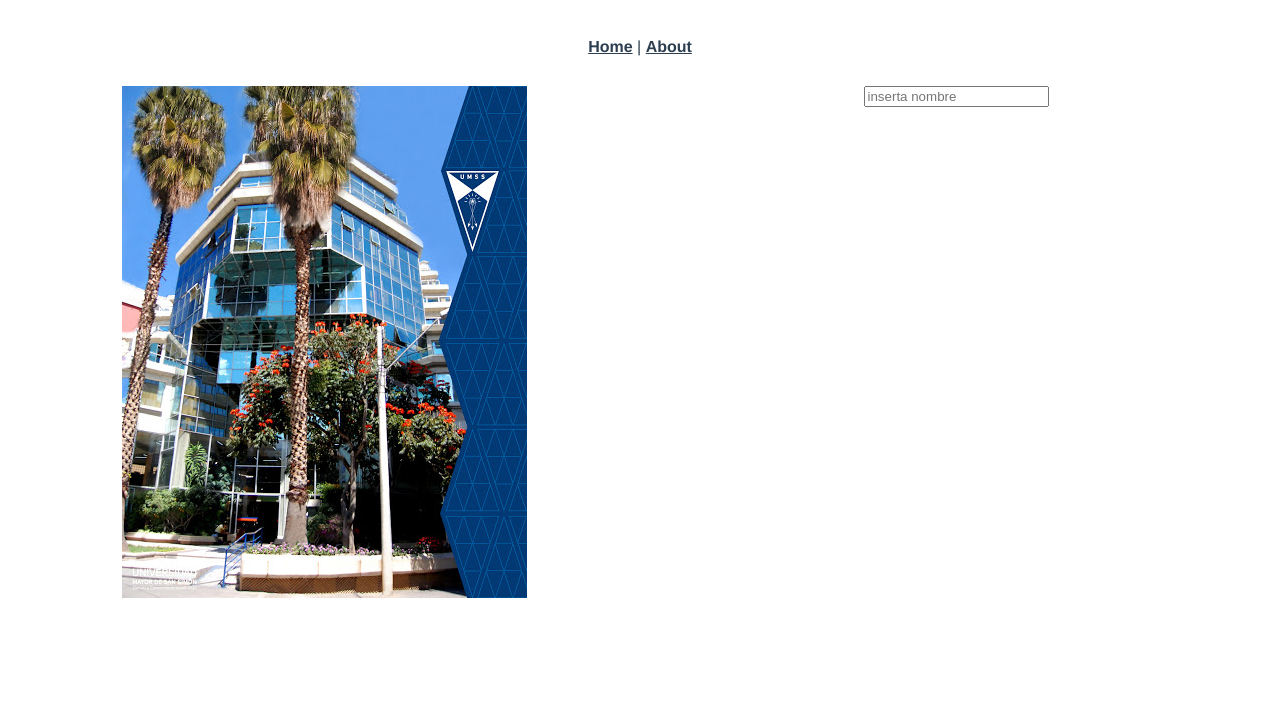
Repository: BritanyTorrico/front-cotizaciones
Page: /register
An editor plug-in stored every save of this project. The page is shown before and after the next save, followed by the edit.
The browser window is 1280 px wide. The pictures show the whole page.
The project was rebuilt for these pictures with package versions that can differ from the ones it lists, and the page was loaded fresh each time. Also part of the build but not shown: vue.config.js, src/components/HelloWorld.vue, src/views/Home.vue.

Above is the page before, as saved 2021-04-21 16:40:55.

### src/router/index.js
import Vue from "vue";
import VueRouter from "vue-router";
import Home from "../views/Home.vue";

Vue.use(VueRouter);

const routes = [{
        path: "/",
        name: "Home",
        component: Home,
    },
    {
        path: "/about",
        name: "About",
        // route level code-splitting
        // this generates a separate chunk (about.[hash].js) for this route
        // which is lazy-loaded when the route is visited.
        component: () =>
            import ( /* webpackChunkName: "about" */ "../views/About.vue"),
    },
    {
        path: "/register",
        name: "RegisterUserPage",
        component: () =>
            import ("../views/RegisterUserPage.vue"),
    },
];

const router = new VueRouter({
    mode: "history",
    base: process.env.BASE_URL,
    routes,
});

export default router;

### src/views/RegisterUserPage.vue
<template>
  <div>
    <register-user />
  </div>
</template>

<script>
import RegisterUser from "@/components/User/RegisterUser.vue";
export default {
  components: { RegisterUser },
  name: "RegisterUserPage",
};
</script>

<style lang="scss" scoped></style>

### src/components/User/RegisterUser.vue
<template>
  <div class="container">
    <form action="">
      <div class="flex-container">
        <div class="form__image">
          <img src="@/assets/edificioUMSS.jpg" alt="" />
        </div>

        <div class="form__datos">
          <input class="form__input" type="text" placeholder="inserta nombre" />
        </div>
      </div>
    </form>
  </div>
</template>

<script>
export default {
  name: "RegisterUser",
};
</script>

<style lang="css" scoped>
.flex-container {
  display: flex;
}
.form__image {
  width: 50%;
}
.form__datos {
  width: 50%;
}
</style>

Loaded but not shown: public/index.html (common file); src/main.js (common file); src/App.vue (common file); src/store/index.js (common file)

After the next save:
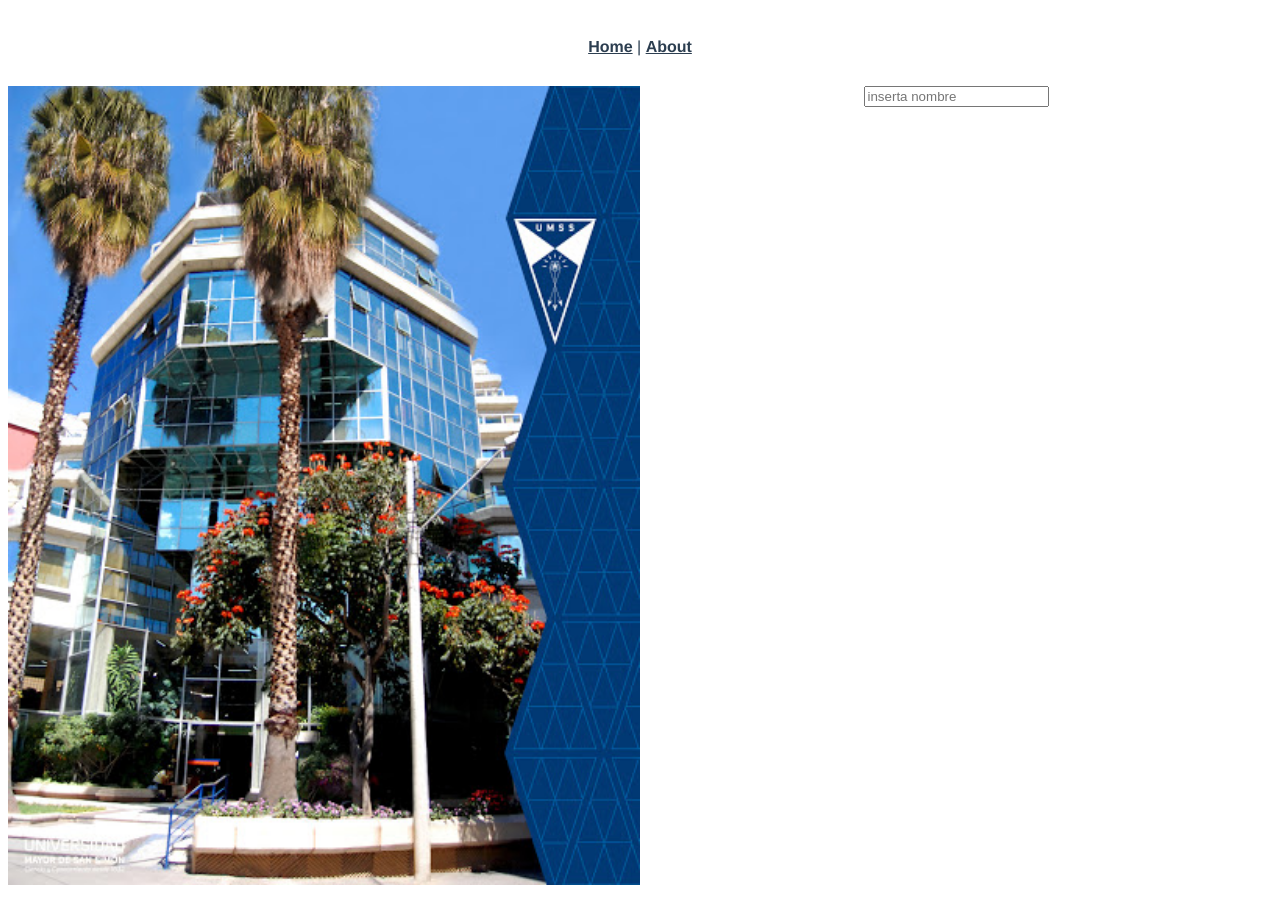
Saved 3 min 21 s later.
--- a/src/components/User/RegisterUser.vue
+++ b/src/components/User/RegisterUser.vue
@@ -27,6 +27,10 @@
 .form__image {
   width: 50%;
 }
+.form__image img {
+  width: 100%;
+}
+
 .form__datos {
   width: 50%;
 }
